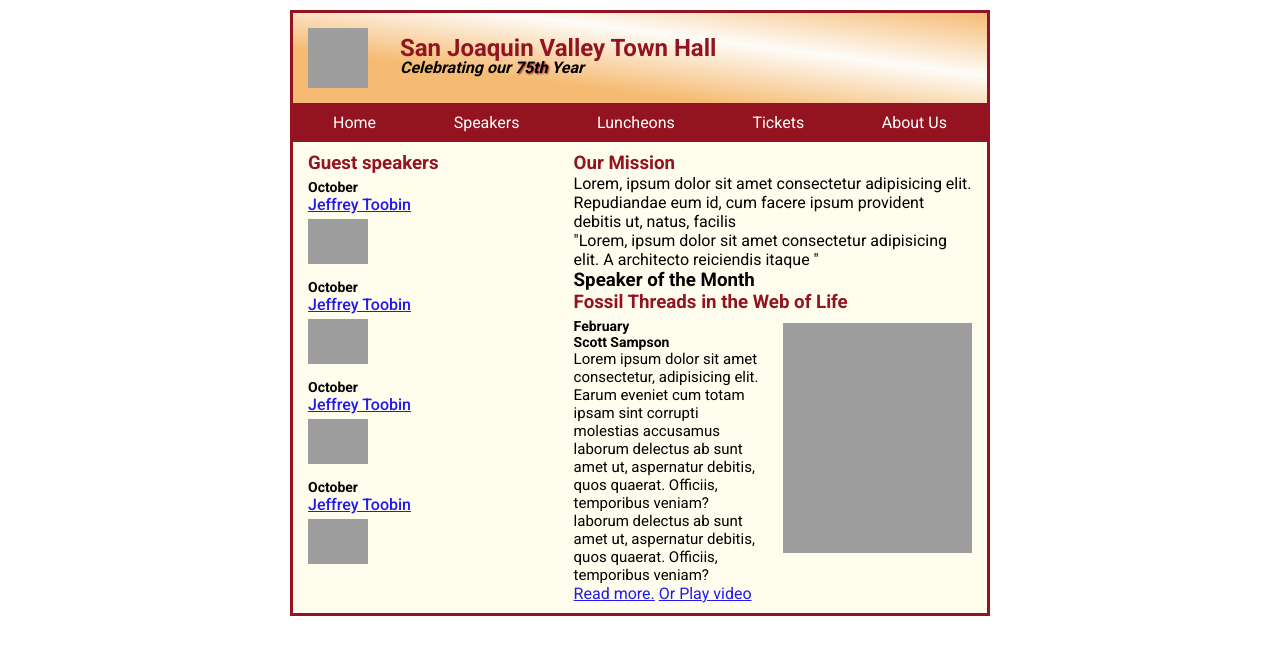
Repository: Mannj-nef/ex-5-6-7-8_IvVettech
Page: index.html
These files come from the project's save history. The page is drawn as it stood at one moment and after the next save; the edit follows.
The browser window is 1280 px wide. The pictures show the whole page.
Pictures or frames that could not be fetched are drawn as grey boxes.

Above is the page before, as saved 2022-03-24 22:57:55.

### index.html
<!DOCTYPE html>
<html lang="en">
  <head>
    <meta charset="UTF-8" />
    <meta http-equiv="X-UA-Compatible" content="IE=edge" />
    <meta name="viewport" content="width=device-width, initial-scale=1.0" />
    <link rel="stylesheet" href="./Asset/style.css" />
    <link rel="preconnect" href="https://fonts.googleapis.com" />
    <link rel="preconnect" href="https://fonts.gstatic.com" crossorigin />
    <link
      href="https://fonts.googleapis.com/css2?family=Roboto:wght@300;400;500;700&display=swap"
      rel="stylesheet"
    />
    <title>Exercise5-6</title>
    <link
      rel="shortcut icon"
      href="https://iviettech.vn/wp-content/themes/viettech/img/front/favicon.ico"
      type="image/x-icon"
    />
  </head>
  <body>
    <div id="app">
      <header id="header">
        <div class="header-top">
          <div class="header-image__wrapper">
            <img
              src="https://source.unsplash.com/random"
              alt=""
              class="header-image"
            />
          </div>
          <div class="header-main">
            <h2 class="header-main__title">San Joaquin Valley Town Hall</h2>
            <p class="header-main__decs">
              Celebrating our
              <span class="header-main__decs-b"
                >75 <span class="header-main__decs-c">th</span>
              </span>
              Year
            </p>
          </div>
        </div>
        <div class="header-nav">
          <ul class="header-nav__list">
            <li class="header-nav__item">
              <a href="" class="header-nav__link">Home</a>
            </li>
            <li class="header-nav__item">
              <a href="" class="header-nav__link">Speakers</a>
            </li>
            <li class="header-nav__item">
              <a href="" class="header-nav__link">Luncheons</a>
            </li>
            <li class="header-nav__item">
              <a href="" class="header-nav__link">Tickets</a>
            </li>
            <li class="header-nav__item">
              <a href="" class="header-nav__link">About Us</a>
            </li>
          </ul>
        </div>
      </header>
      <section id="content">
        <div class="content-left">
          <h3 class="content-title">Guest speakers</h3>

          <div class="content-left__member">
            <p class="content__member-month">October</p>
            <a href="" class="content-left__member-link">Jeffrey Toobin</a>
            <div class="content-left__member-avata-wrapper">
              <img
                src="https://source.unsplash.com/random"
                alt=""
                class="content-left__member-avata"
              />
            </div>
          </div>
          <div class="content-left__member">
            <p class="content__member-month">October</p>
            <a href="" class="content-left__member-link">Jeffrey Toobin</a>
            <div class="content-left__member-avata-wrapper">
              <img
                src="https://source.unsplash.com/random"
                alt=""
                class="content-left__member-avata"
              />
            </div>
          </div>
          <div class="content-left__member">
            <p class="content__member-month">October</p>
            <a href="" class="content-left__member-link">Jeffrey Toobin</a>
            <div class="content-left__member-avata-wrapper">
              <img
                src="https://source.unsplash.com/random"
                alt=""
                class="content-left__member-avata"
              />
            </div>
          </div>
          <div class="content-left__member">
            <p class="content__member-month">October</p>
            <a href="" class="content-left__member-link">Jeffrey Toobin</a>
            <div class="content-left__member-avata-wrapper">
              <img
                src="https://source.unsplash.com/random"
                alt=""
                class="content-left__member-avata"
              />
            </div>
          </div>
        </div>
        <div class="content-right">
          <div class="content-right__top">
            <h3 class="content-title">Our Mission</h3>
            <p class="constent-right__desc">
              Lorem, ipsum dolor sit amet consectetur adipisicing elit.
              Repudiandae eum id, cum facere ipsum provident debitis ut, natus,
              facilis
            </p>
            <p class="constent-right__desc-sub">
              "Lorem, ipsum dolor sit amet consectetur adipisicing elit. A
              architecto reiciendis itaque "
            </p>
            <h3 class="constent-right-title">Speaker of the Month</h3>
          </div>
          <div class="content-right__center">
            <h3 class="content-title">Fossil Threads in the Web of Life</h3>
            <div class="content-right__center-wrapper">
              <div class="content-right__center-left">
                <h3 class="content__member-month center-left_title">
                  <p>February</p>
                  Scott Sampson
                </h3>
                <p class="content-left__center-desc">
                  Lorem ipsum dolor sit amet consectetur, adipisicing elit.
                  Earum eveniet cum totam ipsam sint corrupti molestias
                  accusamus laborum delectus ab sunt amet ut, aspernatur
                  debitis, quos quaerat. Officiis, temporibus veniam? laborum
                  delectus ab sunt amet ut, aspernatur debitis, quos quaerat.
                  Officiis, temporibus veniam?
                </p>
                <a href="" class="content-left__center-link">Read more.</a>
                <a href="" class="content-left__center-link">Or Play video</a>
              </div>
              <div class="constent-right__center-right">
                <img
                  src="https://source.unsplash.com/random"
                  alt=""
                  class="constent-right__center-right_img"
                />
              </div>
            </div>
          </div>
        </div>
      </section>
    </div>
  </body>
</html>

### Asset/style.css
* {
  margin: 0;
  padding: 0;
  box-sizing: border-box;
}
html {
  font-family: "Roboto", sans-serif;
}
:root {
  --prymary-color: #931420;
  --white-color: #fff;
  --yellow-color: #ebc700;
  --blue-color: #2119ee;
  --size: 60px;
}

#app {
  margin: 10px auto;
  width: 700px;
  border: 3px solid var(--prymary-color);
}

#header {
}
.header-top {
  padding: 15px;
  display: flex;
  align-items: center;
  background-image: linear-gradient(
    to right top,
    #f6bb73 30%,
    #fefcf8,
    #f6bb73
  );
}
.header-image__wrapper {
  width: var(--size);
  height: var(--size);
  margin-right: 2em;
}
.header-image {
  width: 100%;
  height: 100%;
  object-fit: cover;
}
.header-main {
  line-height: 20px;
}
.header-main__title {
  color: var(--prymary-color);
}
.header-main__decs {
  color: #000;
  font-weight: 600;
  font-style: italic;
}
.header-main__decs-b {
  display: inline-flex;
  text-shadow: 1px 1px 2px var(--prymary-color);
}
.header-nav {
  background-color: var(--prymary-color);
}
.header-nav__list {
  list-style: none;
  display: flex;
  justify-content: space-between;
  padding: 0 20px;
}
.header-nav__item {
  padding: 10px 20px;
}
.header-nav__link {
  font-weight: 400;
  text-decoration: none;
  color: var(--white-color);
}
.header-nav__item:hover .header-nav__link {
  color: var(--yellow-color);
}

#content {
  background-color: #fffded;
  padding: 10px 15px;
  display: flex;
}

.content-left {
  width: 40%;
}
.content-title {
  color: var(--prymary-color);
}
.content-left__member {
}
.content__member-month {
  margin-top: 5px;
  font-size: 14px;
  font-weight: 600;
}
.content-left__member-link {
  font-weight: 500;
  color: var(--blue-color);
}
.content-left__member-avata-wrapper {
  width: var(--size);
  height: var(--size);
  display: flex;
  padding-top: 5px;
  padding-bottom: 10px;
}
.content-left__member-avata {
  width: 100%;
  height: 100%;
}
.content-right {
  width: 60%;
}
.content-right__desc-sub {
  padding: 5px 20px;
}
.content-right-title {
  margin: 8px 0;
  font-weight: 600;
  color: #000;
  border-bottom: 3px solid var(--prymary-color);
}

.content-left__center {
  padding: 0 0 10px;
  border-bottom: 3px solid var(--prymary-color);
}

.content-right__center-wrapper {
  display: flex;
}

.content-right__center-left {
  flex: 1;
}
.center-left_title {
  margin-right: 10px;
}
.content-left__center-desc {
  font-size: 15px;
  line-height: 1.2;
}
.content-left__center-link {
  color: var(--blue-color);
}
.constent-right__center-right {
  margin: 10px 0 0 20px;
  width: 100px;
  height: 230px;
  display: flex;
  flex: 1;
}
.constent-right__center-right_img {
  width: 100%;
  height: 100%;
}

After the next save:
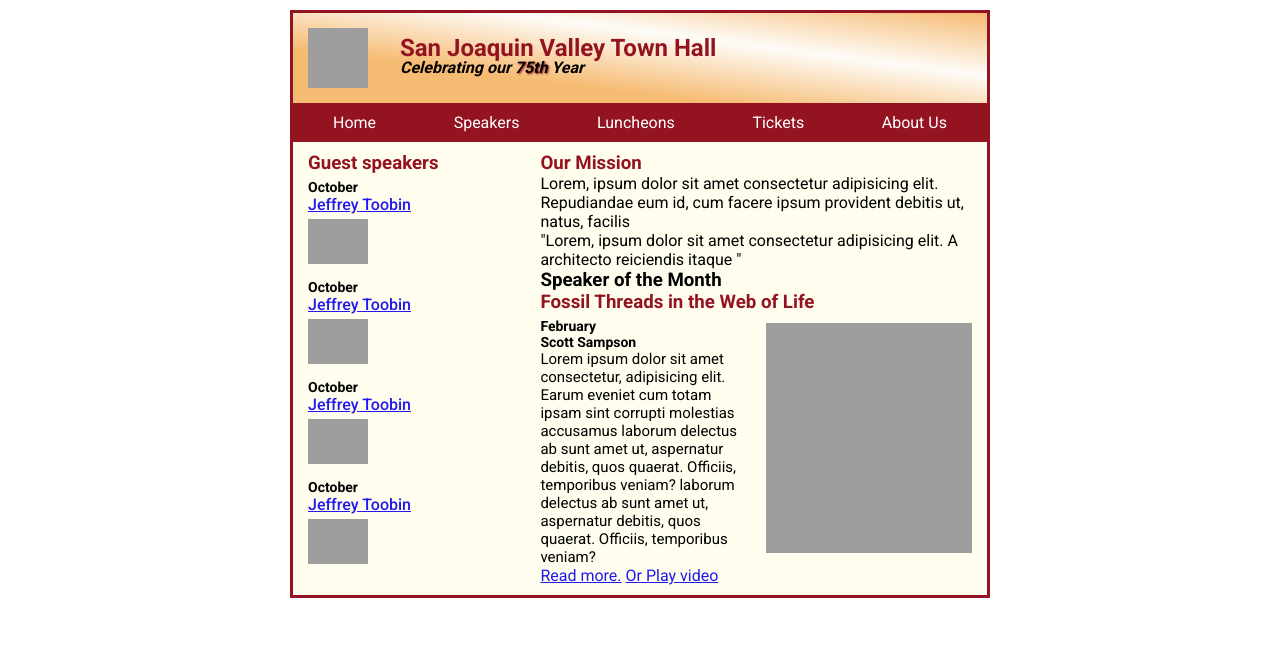
Saved 20 s later.
--- a/Asset/style.css
+++ b/Asset/style.css
@@ -86,7 +86,7 @@ html {
 }
 
 .content-left {
-  width: 40%;
+  width: 35%;
 }
 .content-title {
   color: var(--prymary-color);
@@ -114,7 +114,7 @@ html {
   height: 100%;
 }
 .content-right {
-  width: 60%;
+  width: 65%;
 }
 .content-right__desc-sub {
   padding: 5px 20px;
